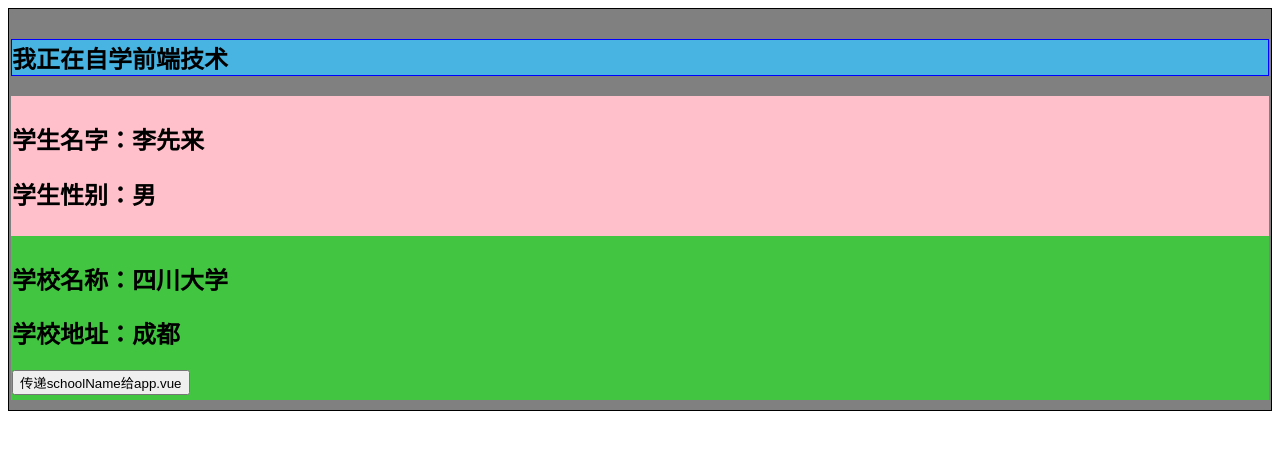
Repository: Lixianlai-2/The-journey-of-learning-Vue
Page: / (app in afterVueCli/Vue_Test/)
The author's editor kept a copy of each file at every save. The page is drawn from the files as they stood at one save, then again after the next save.
The browser window is 1280 px wide. The pictures show the whole page.
The project was rebuilt for these pictures with package versions that can differ from the ones it lists, and the page was loaded fresh each time.

Above is the page before, as saved 2022-04-24 09:41:38.

### afterVueCli/Vue_Test/src/main.js
import Vue from "vue";
import App from "./App.vue";

// 关闭生产模式提醒
Vue.config.productionTip = false;

new Vue({
  render: (h) => h(App),
}).$mount("#app");

### afterVueCli/Vue_Test/src/App.vue
<template>
  <div id="app">
    <h2 class="hello">{{ msg }}</h2>
    <!-- 创造一个自定义事件userDefineEvent -->
    <student v-on:userDefineEvent="getStudentName" />
    <school :getSchoolName="getSchoolName" />
  </div>
</template>

<script>
import School from "./components/school.vue";
import student from "./components/student.vue";

export default {
  name: "App",
  components: {
    student,
    School,
  },
  data() {
    return {
      msg: "我正在自学前端技术",
    };
  },
  methods: {
    getSchoolName(schoolName) {
      console.log(schoolName);
    },
    getStudentName() {},
  },
};
</script>

<style lang="less">
#app {
  border: 1px solid black;
  background-color: gray;
  padding: 10px 2px;
  .hello {
    border: 1px solid blue;
    background-color: rgb(71, 180, 226);
    margin-bottom: 20px;
  }
}
</style>

### afterVueCli/Vue_Test/src/components/school.vue
<template>
  <div class="school">
    <h2>学校名称：{{ name }}</h2>
    <h2>学校地址：{{ address }}</h2>
    <!-- 添加事件绑定，用来给父组件传输数据用 -->
    <button @click="sendSchoolName">传递schoolName给app.vue</button>
  </div>
</template>

<script>
export default {
  data() {
    return {
      name: "四川大学",
      address: "成都",
    };
  },
  // 接受父组件的函数
  props: ["getSchoolName"],
  methods: {
    sendSchoolName() {
      // 在子组件的method里调用从父组件传入的函数
      this.getSchoolName(this.name);
    },
  },
};
</script>

<style scoped]>
.school {
  /* padding: 5px; */
  padding: 5px 1px;
  background-color: rgb(66, 197, 64);
}
</style>

### afterVueCli/Vue_Test/src/components/student.vue
<template>
  <div class="student">
    <h2>学生名字：{{ name }}</h2>
    <h2>学生性别：{{ gender }}</h2>
  </div>
</template>

<script>
export default {
  data() {
    return {
      name: "李先来",
      gender: "男",
    };
  },
};
</script>

<style scoped>
.student {
  /* padding: 1px; */
  padding: 5px 1px;
  background-color: pink;
}
</style>

Loaded but not shown: afterVueCli/Vue_Test/public/index.html (common file)

After the next save:
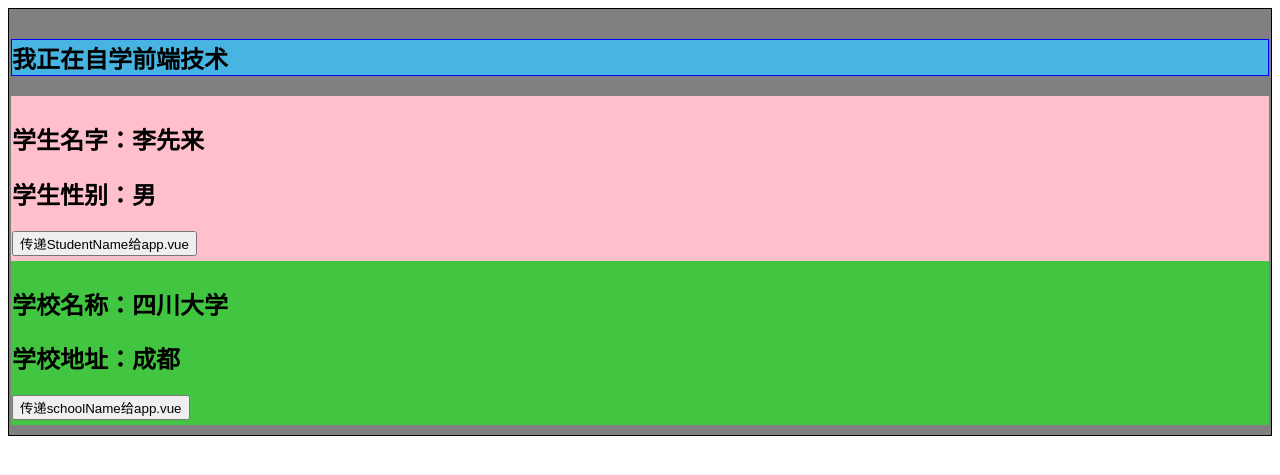
Saved 2 min 1 s later.
--- a/afterVueCli/Vue_Test/src/components/student.vue
+++ b/afterVueCli/Vue_Test/src/components/student.vue
@@ -2,6 +2,7 @@
   <div class="student">
     <h2>学生名字：{{ name }}</h2>
     <h2>学生性别：{{ gender }}</h2>
+    <button @click="sendStudentName">传递StudentName给app.vue</button>
   </div>
 </template>
 
